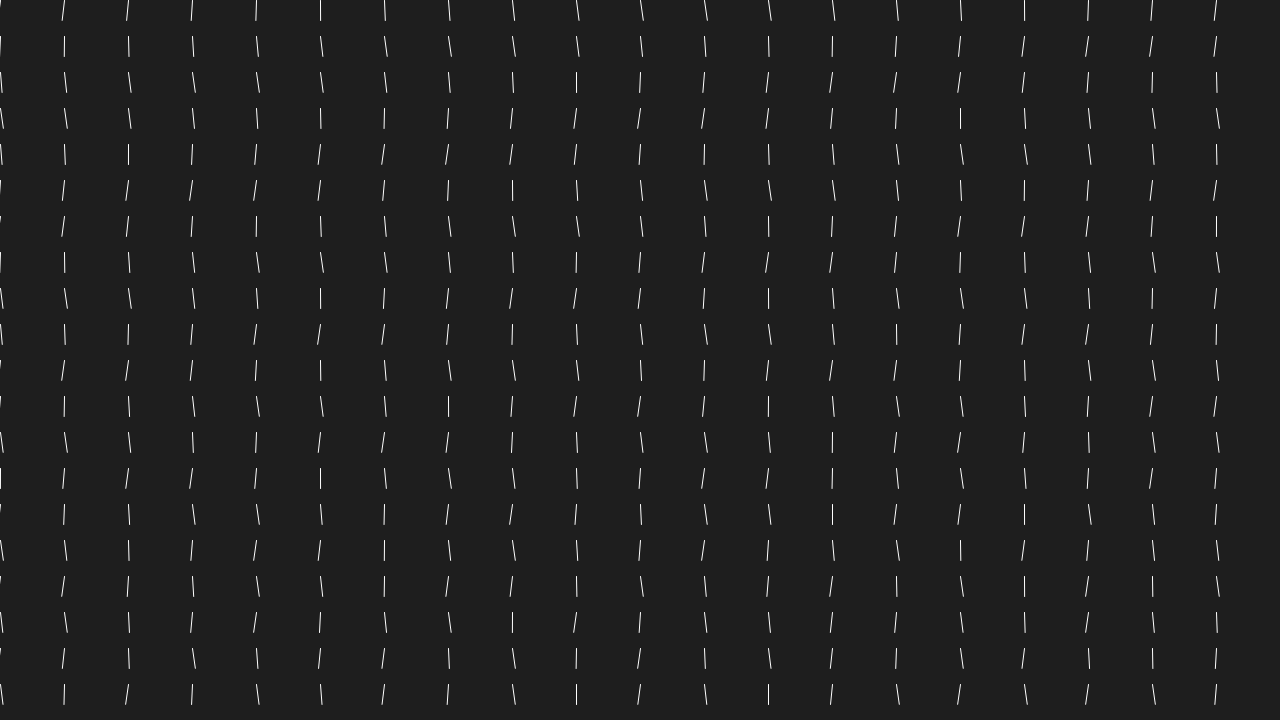
Repository: dylanreimer/electrocrafting
Page: projects/pendulum/index.html
An editor plug-in stored every save of this project. The page is shown before and after the next save, followed by the edit.
The browser window is 1280 px wide. The pictures show the whole page.

Above is the page before, as saved 2021-10-19 01:16:09.

### projects/pendulum/index.html
<!DOCTYPE html>
<html lang="en">
  <head>
    <meta charset="UTF-8" />
    <meta http-equiv="X-UA-Compatible" content="IE=edge" />
    <meta name="viewport" content="width=device-width, initial-scale=1.0" />
    <style>
      body {
      padding: 0;
      margin: 0;
    }
    </style>
    <title>pendulum</title>
      <script src="libs/p5.js"></script>
      <script src="libs/p5.dom.min.js"></script>
      <script src="libs/p5.sound.min.js"></script>
    </head>
  <body>
    <script src="sketch.js"></script>
    <script src="pendulum.js"></script>
  </body>
</html>

### projects/pendulum/sketch.js
const canvasWidth = window.innerWidth;
const canvasHeight = window.innerHeight;

let pendulums = [];

let cols = 20, rows = 20;


function preload() {

}

function setup() {
    createCanvas(canvasWidth, canvasHeight);

    pendulums = make2d(cols, rows);

    for(let i = 0; i < cols; i++) {
        for(let j = 0; j < rows; j++) {

          const xangle = map(mouseX, 0, width, -TWO_PI, TWO_PI);
          const yangle = map(mouseY, 0, height, -TWO_PI, TWO_PI);

          angle = (xangle * (i / width)*4) + (yangle * (j / height)*8);

          //console.log(angle);
          c = map(angle, -2, 2, 0, 50);

          pendulums[i][j] = new Pendulum(i*(canvasWidth/cols), j*(canvasHeight/rows), c/0.8);
        }
    }
}



function draw() {
    background(30);

    for(let i =0; i < cols; i++){
        for(let j = 0; j < rows; j++) {
            pendulums[i][j].render();
            pendulums[i][j].update();
        }
    }
}



function make2d(cols, rows) {
    let array = new Array(cols);
    for (let i = 0; i < array.length; i++) {
        array[i] = new Array(rows);
    }
    return array
}

### projects/pendulum/pendulum.js
class Pendulum {
    constructor(x, y, size, radius=20, velocity=0.01, color=[255, 255, 255]) {
        this.origin = {x: x, y: y};
        this.center = {x: x, y: y};
        this.lineStart = {x: x, y: y};
        this.size = size;
        this.swingRadius = radius;
        this.color = color;
        this.angle = PI/2;
        this.gravity = 0.9;
        this.damping = 0.9995;
        this.accel = 0;
        this.velocity = velocity;
    };

    update() {
        this.updateAngle();
        this.updatePosition();
    };

    render() {
        this.renderArm();
        this.renderWeight();
    };

    updateAngle() {
        this.accel = (-1 * this.gravity/this.size) * sin(this.angle);
        this.velocity += this.accel;
        this.velocity *= this.damping;
        this.angle += this.velocity;

        this.damping -= 0.0001
    };

    updatePosition() {
        this.center.x = sin(this.angle) * this.swingRadius + this.origin.x;
        this.center.y = cos(this.angle) * this.swingRadius + this.origin.y;
    };

    renderArm() {
        stroke(255);
        line(this.center.x, this.center.y, this.lineStart.x, this.lineStart.y);
    }

    renderWeight() {
        fill(this.color);
        ellipse(this.center.x, this.center.y, this.size);
    }


}

Loaded but not shown: projects/aframe/libraries/p5.js (library); projects/pendulum/libs/p5.dom.min.js (library); projects/pendulum/libs/p5.sound.min.js (library)

After the next save:
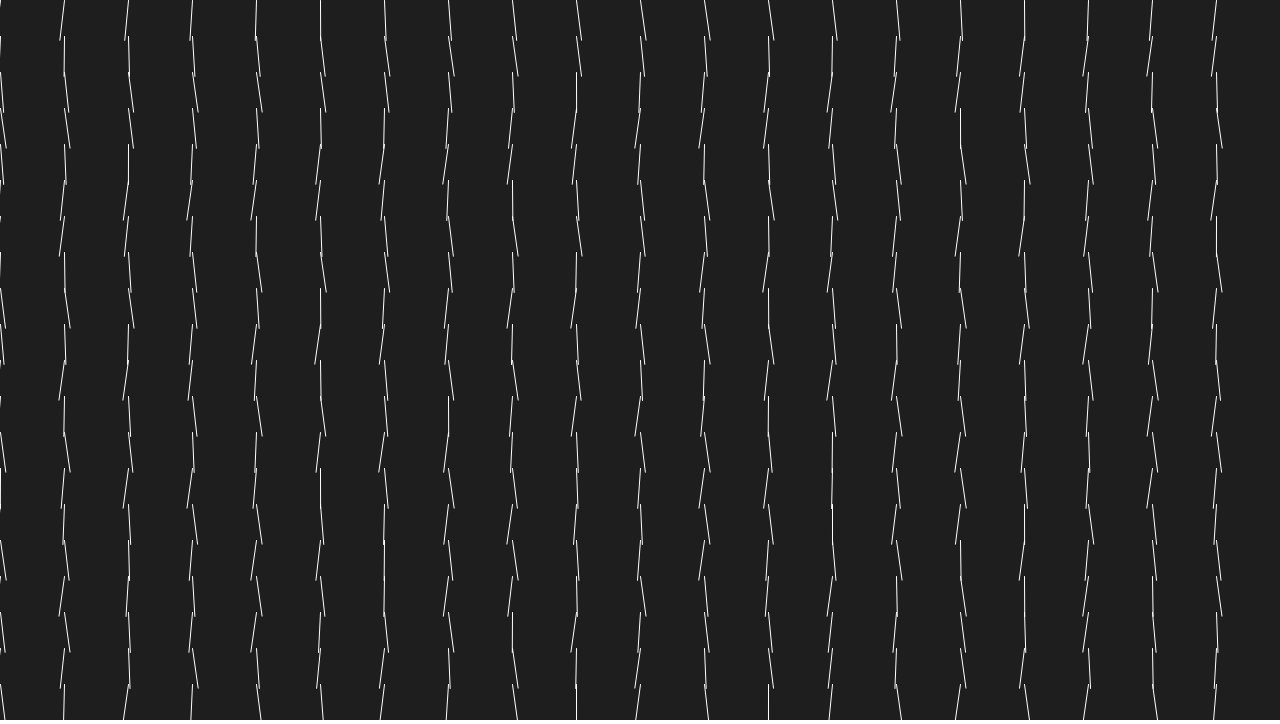
Saved 7 s later.
--- a/projects/pendulum/pendulum.js
+++ b/projects/pendulum/pendulum.js
@@ -1,5 +1,5 @@
 class Pendulum {
-    constructor(x, y, size, radius=20, velocity=0.01, color=[255, 255, 255]) {
+    constructor(x, y, size, radius=40, velocity=0.01, color=[255, 255, 255]) {
         this.origin = {x: x, y: y};
         this.center = {x: x, y: y};
         this.lineStart = {x: x, y: y};
